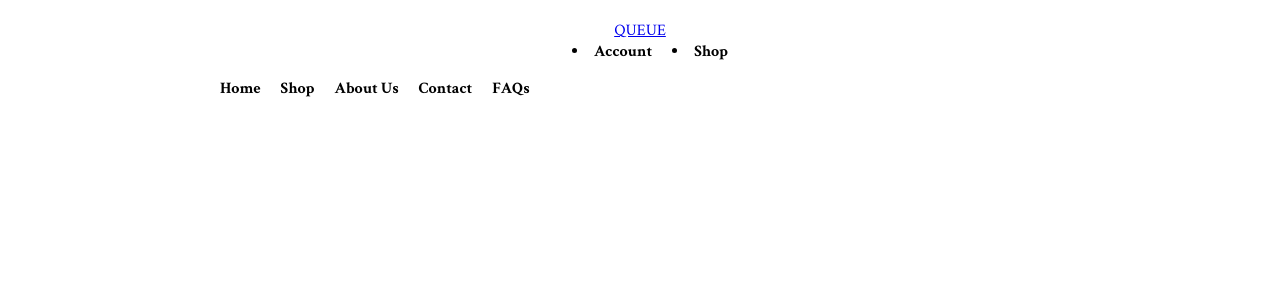
Repository: lasity34/new-envy
Page: / (app in my-new-envy/)
An editor plug-in stored every save of this project. The page is shown before and after the next save, followed by the edit.
The browser window is 1280 px wide. The pictures show the whole page.
The project was rebuilt for these pictures with package versions that can differ from the ones it lists, and the page was loaded fresh each time.

Above is the page before, as saved 2024-04-19 13:54:49.

After the next save:
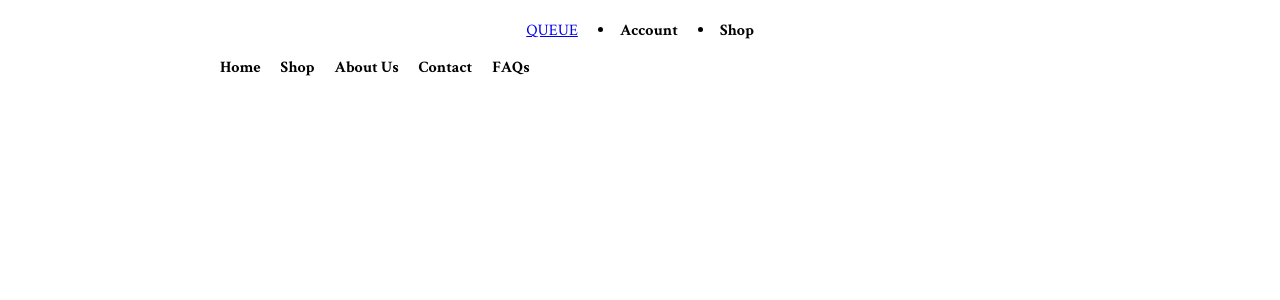
Saved 34 s later.
--- a/my-new-envy/src/components/Header.tsx
+++ b/my-new-envy/src/components/Header.tsx
@@ -60,7 +60,7 @@ const NavLink = styled.li`
 const Header = () => {
   return (
     <HeaderContainer>
-      <div>
+      <BannerContainer>
         <div></div>
 
         <LogoContainer>
@@ -75,7 +75,7 @@ const Header = () => {
             <Link to="/cart">Shop</Link>
           </NavLink>
         </AccountCartContainer>
-      </div>
+      </BannerContainer>
       <Nav>
         <NavLinks>
           <NavLink>
